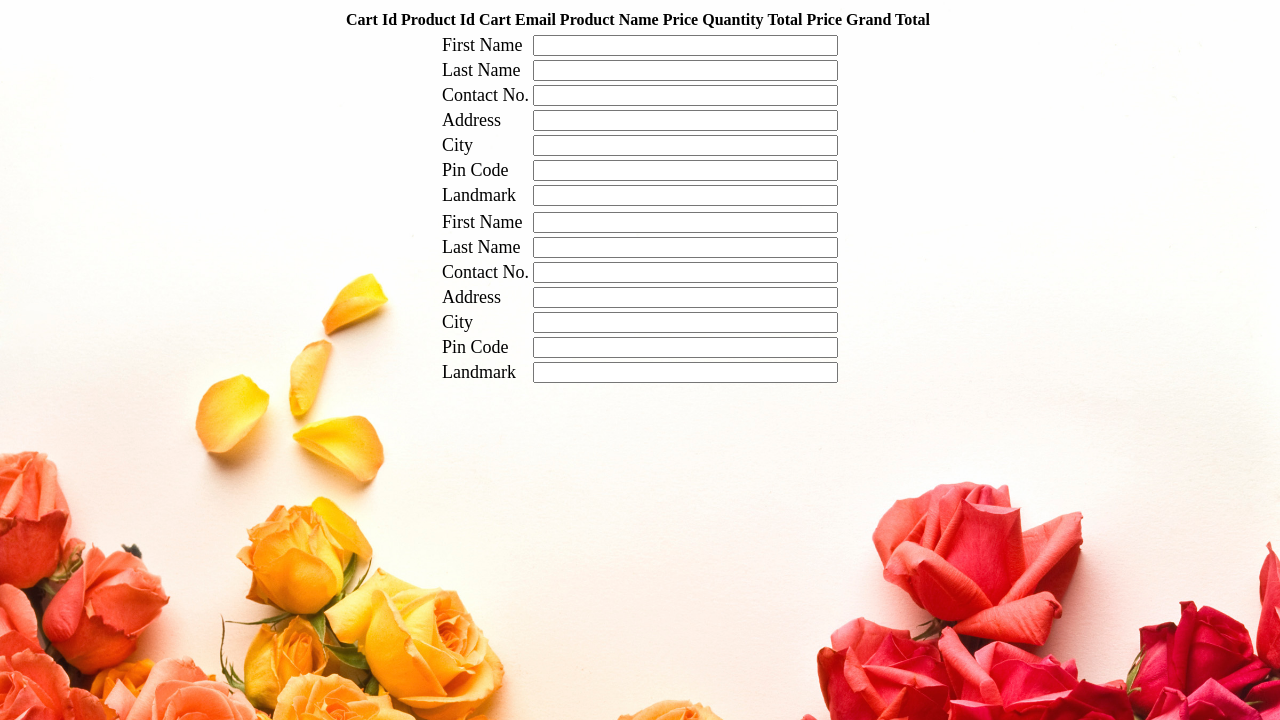
Repository: Mani02/Manideepa
Page: http://localhost/ShoppingCart/WEB-INF/view/Order.jsp
The author's editor kept a copy of each file at every save. The page is drawn from the files as they stood at one save, then again after the next save.
The browser window is 1280 px wide. The pictures show the whole page.
The page is served by Tomcat 9. Nobody is signed in. The template is opened directly, without the code that normally fills it, so the values that code supplies are empty.

Above is the page before, as saved 2017-04-04 10:17:18.

After the next save:
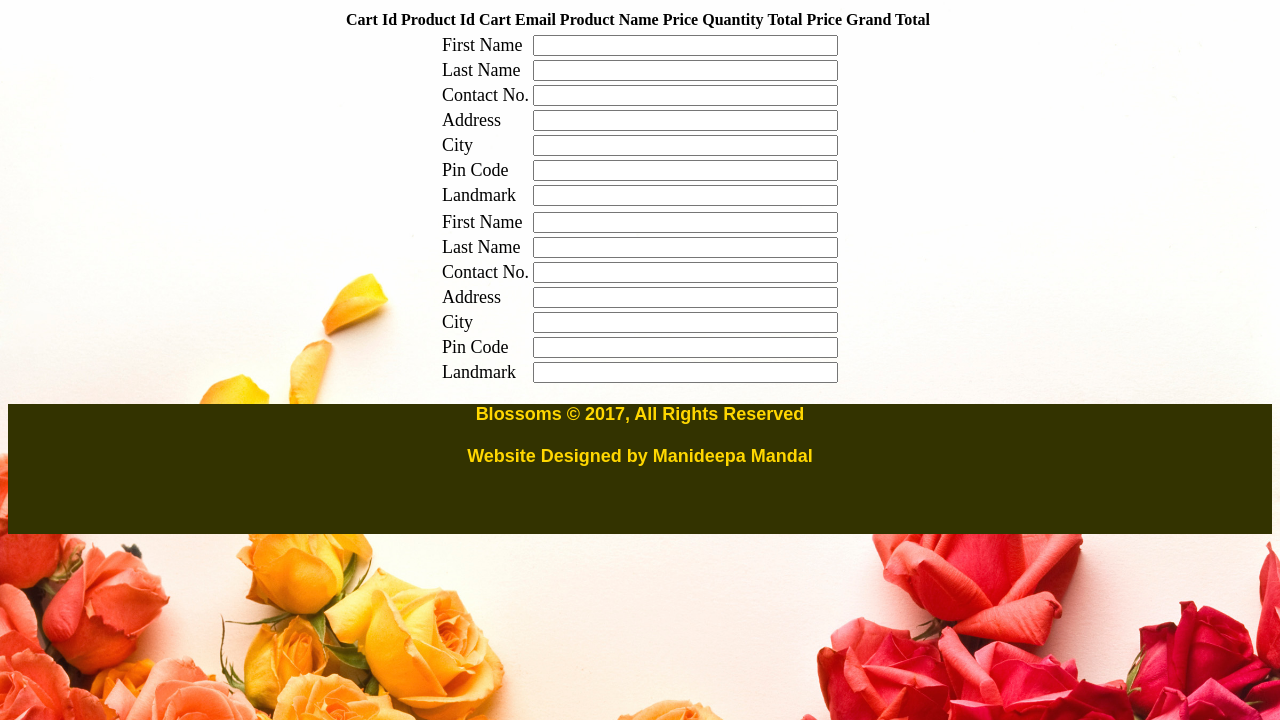
Saved 39 s later.
--- a/ShoppingCart/src/main/webapp/WEB-INF/view/Order.jsp
+++ b/ShoppingCart/src/main/webapp/WEB-INF/view/Order.jsp
@@ -113,6 +113,9 @@
 	</form:form>
 
 	</center>
+		<div id="footer">
+			<%@include file="footer.jsp"%>
 
+		</div>
 </body>
 </html>
